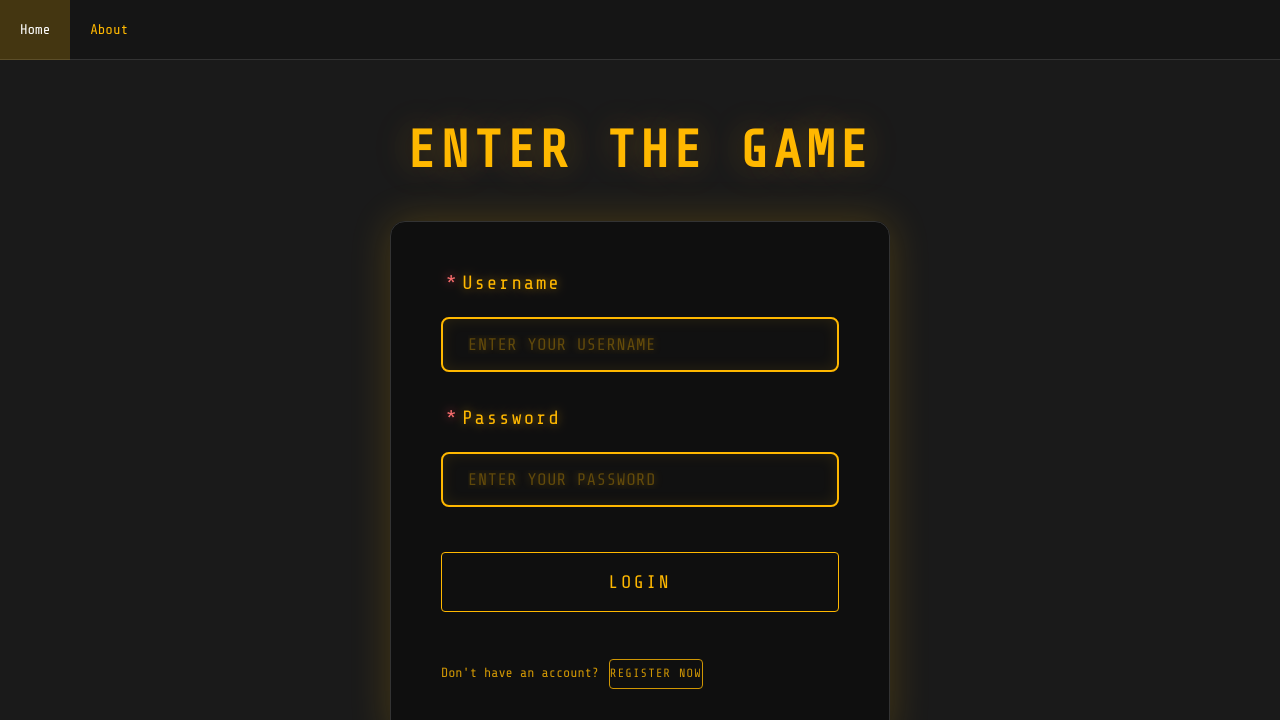
Repository: qqqq121114/se_417
Page: /login (app in client/)
An editor plug-in stored every save of this project. The page is shown before and after the next save, followed by the edit.
The browser window is 1280 px wide. The pictures show the whole page.
An inner scrolling area shows only its first screen. The project was rebuilt for these pictures with package versions that can differ from the ones it lists, and the page was loaded fresh each time. Also part of the build but not shown: client/vite.config.js, client/src/views/Home.vue.

Above is the page before, as saved 2024-12-08 14:17:27.

### client/src/main.js
import { createApp } from 'vue'
import { createPinia } from 'pinia'
import ElementPlus from 'element-plus'
import 'element-plus/dist/index.css'
import App from './App.vue'
import router from './router'

const app = createApp(App)

app.use(createPinia())
app.use(router)
app.use(ElementPlus)

app.mount('#app')

### client/src/App.vue
<template>
  <div id="app" class="cyber-theme">
    <el-container>
      <el-header>
        <el-menu mode="horizontal" router class="cyber-menu">
          <el-menu-item index="/">Home</el-menu-item>
          <el-menu-item index="/about">About</el-menu-item>
        </el-menu>
      </el-header>
      <el-main>
        <router-view></router-view>
      </el-main>
    </el-container>
  </div>
</template>

<script setup>
import { ElContainer, ElHeader, ElMain, ElMenu, ElMenuItem } from 'element-plus'
import 'element-plus/dist/index.css'
</script>

<style>
@import url('https://fonts.googleapis.com/css2?family=Share+Tech+Mono&display=swap');

/* 重置默认样式 */
* {
  margin: 0;
  padding: 0;
  box-sizing: border-box;
}

html, body {
  margin: 0;
  padding: 0;
  width: 100%;
  height: 100%;
  overflow-x: hidden;
  background-color: var(--cyber-bg);
}

:root {
  --cyber-bg: #1a1a1a;
  --cyber-text: #FFB800;
  --cyber-glow: #FFB80033;
  --cyber-border: #333333;
}

#app {
  font-family: 'Share Tech Mono', monospace;
  -webkit-font-smoothing: antialiased;
  -moz-osx-font-smoothing: grayscale;
  color: var(--cyber-text);
  background-color: var(--cyber-bg);
  min-height: 100vh;
  width: 100%;
  margin: 0;
  padding: 0;
}

.cyber-theme {
  background: var(--cyber-bg);
  min-height: 100vh;
  width: 100%;
}

.el-container {
  min-height: 100vh;
  margin: 0;
  padding: 0;
}

.el-header {
  padding: 0;
  background: rgba(0, 0, 0, 0.2);
  border-bottom: 1px solid var(--cyber-border);
  margin: 0;
}

.el-main {
  padding: 20px;
  background: var(--cyber-bg);
  margin: 0;
}

.cyber-menu {
  background: transparent !important;
  border: none !important;
  margin: 0;
  padding: 0;
}

.el-menu--horizontal > .el-menu-item {
  color: var(--cyber-text) !important;
  font-family: 'Share Tech Mono', monospace !important;
  border: none !important;
}

.el-menu--horizontal > .el-menu-item:hover,
.el-menu--horizontal > .el-menu-item:focus,
.el-menu--horizontal > .el-menu-item.is-active {
  color: #fff !important;
  background: var(--cyber-glow) !important;
  border: none !important;
}

/* 全局按钮样式 */
.el-button {
  background: transparent !important;
  border: 1px solid var(--cyber-text) !important;
  color: var(--cyber-text) !important;
  font-family: 'Share Tech Mono', monospace !important;
  transition: all 0.3s ease;
}

.el-button:hover {
  background: var(--cyber-glow) !important;
  color: #fff !important;
  box-shadow: 0 0 10px var(--cyber-glow);
}

/* 卡片样式 */
.el-card {
  background: rgba(0, 0, 0, 0.2) !important;
  border: 1px solid var(--cyber-border) !important;
  backdrop-filter: blur(5px);
}

.el-card__header {
  border-bottom: 1px solid var(--cyber-border) !important;
}
</style>

### client/src/router/index.js
import { createRouter, createWebHistory } from 'vue-router'
import Home from '../views/Home.vue'

const routes = [
  {
    path: '/',
    name: 'Home',
    component: Home,
    meta: { requiresAuth: true }
  },
  {
    path: '/about',
    name: 'About',
    component: () => import('../views/About.vue')
  },
  {
    path: '/register',
    name: 'Register',
    component: () => import('../views/Register.vue')
  },
  {
    path: '/login',
    name: 'Login',
    component: () => import('../views/Login.vue'),
    props: route => ({ key: Date.now() })
  }
]

const router = createRouter({
  history: createWebHistory(),
  routes
})

router.beforeEach((to, from, next) => {
  if (to.meta.requiresAuth) {
    const isAuthenticated = localStorage.getItem('token')
    if (!isAuthenticated) {
      next('/login')
    } else {
      next()
    }
  } else {
    next()
  }
})

export default router

### client/src/views/Login.vue
<template>
  <div class="login">
    <h1 class="cyber-title">Enter The Game</h1>
    <div class="login-form">
      <el-form
        :model="form"
        :rules="rules"
        ref="formRef"
        label-position="top"
        status-icon
      >
        <el-form-item prop="username" label="Username">
          <el-input
            v-model="form.username"
            placeholder="Enter your username"
            class="cyber-input"
          ></el-input>
        </el-form-item>
        <el-form-item prop="password" label="Password" class="password-item">
          <el-input
            v-model="form.password"
            type="password"
            placeholder="Enter your password"
            show-password
            class="cyber-input"
          ></el-input>
        </el-form-item>
        <el-form-item class="button-item">
          <el-button class="cyber-button" type="primary" @click="submitForm">Login</el-button>
          <div class="form-footer">
            <span>Don't have an account?</span>
            <el-button
              class="register-link"
              type="text"
              @click="$router.push('/register')"
            >
              Register Now
            </el-button>
          </div>
        </el-form-item>
      </el-form>
    </div>
  </div>
</template>

<script setup>
import { ref, reactive } from 'vue'
import { ElMessage } from 'element-plus'
import axios from 'axios'
import { useRouter } from 'vue-router'

const router = useRouter()
const formRef = ref(null)

// 表单数据
const form = reactive({
  username: '',
  password: ''
})

// 验证规则
const rules = {
  username: [
    { required: true, message: 'Please enter your username', trigger: 'blur' },
    { min: 3, max: 20, message: 'Length should be 3 to 20 characters', trigger: 'blur' }
  ],
  password: [
    { required: true, message: 'Please enter your password', trigger: 'blur' },
    { min: 6, message: 'Password must be at least 6 characters', trigger: 'blur' }
  ]
}

// 提交表单
const submitForm = async () => {
  if (!formRef.value) return

  try {
    console.log('Starting form validation...')
    await formRef.value.validate()
    console.log('Form validation passed')

    // 发送登录请求
    console.log('Sending login request...')
    const response = await axios.post('http://localhost:3000/api/users/login', {
      username: form.username,
      password: form.password
    })

    console.log('Login successful:', response.data)
    ElMessage.success('Login successful!')

    // 登录成功后跳转到首页
    setTimeout(() => {
      router.push('/')
    }, 1500)
  } catch (error) {
    console.error('Full error object:', error)

    if (error.response) {
      // 服务器返回的错误信息
      console.error('Server error:', error.response.data)
      ElMessage.error(error.response.data.message || 'Login failed')
    } else if (error.message) {
      // 表单验证错误
      console.error('Validation error:', error.message)
      ElMessage.error(error.message)
    } else {
      console.error('Unknown error:', error)
      ElMessage.error('Login failed')
    }
  }
}
</script>

<style scoped>
.login {
  display: flex;
  flex-direction: column;
  align-items: center;
  padding: 40px 20px;
  min-height: calc(100vh - 60px);
}

.cyber-title {
  font-size: 4vw;
  width: 60vw;
  color: var(--cyber-text);
  text-transform: uppercase;
  letter-spacing: 0.1em;
  margin-bottom: 40px;
  text-shadow: 0 0 20px var(--cyber-glow);
  animation: breathe 3s ease-in-out infinite;
  user-select: none;
  text-align: center;
  line-height: 1.2;
  white-space: normal;
  word-wrap: break-word;
  padding: 0 20px;
}

.login-form {
  width: 100%;
  max-width: 500px;
  background: rgba(0, 0, 0, 0.4);
  padding: 50px;
  border-radius: 15px;
  border: 1px solid var(--cyber-border);
  box-shadow: 0 0 30px rgba(255, 184, 0, 0.15);
  backdrop-filter: blur(10px);
  animation: formGlow 4s ease-in-out infinite;
}

.el-form-item {
  margin-bottom: 35px;
}

.password-item {
  margin-bottom: 45px;
}

:deep(.el-form-item__label) {
  color: #ffb800 !important;
  font-family: 'Share Tech Mono', monospace;
  font-size: 1.2em;
  padding-bottom: 15px;
  text-shadow: 0 0 10px rgba(255, 184, 0, 0.5);
  text-transform: capitalize;
  letter-spacing: 0.1em;
  margin-left: 5px;
}

:deep(.el-form-item__label::before) {
  content: '*';
  color: #ff4757;
  margin-right: 4px;
  text-shadow: 0 0 10px rgba(255, 71, 87, 0.6);
}

:deep(.el-input__wrapper) {
  background: transparent !important;
  box-shadow: none !important;
  padding: 0 !important;
  border: none !important;
}

:deep(.el-input__inner) {
  background: rgba(18, 18, 18, 0.95) !important;
  border: 2px solid var(--cyber-text) !important;
  color: #ffb800 !important;
  font-family: 'Share Tech Mono', monospace;
  height: 55px;
  padding: 0 25px !important;
  font-size: 1.2em;
  letter-spacing: 0.05em;
  transition: all 0.3s ease;
  border-radius: 8px;
  caret-color: #ffb800;
  text-shadow: 0 0 10px rgba(255, 184, 0, 0.3);
  box-shadow: inset 0 0 15px rgba(255, 184, 0, 0.1);
}

:deep(.el-input__inner::placeholder) {
  color: rgba(255, 184, 0, 0.3) !important;
  font-family: 'Share Tech Mono', monospace;
  letter-spacing: 0.05em;
  text-transform: uppercase;
}

:deep(.el-input__inner:hover) {
  border-color: #ffb800 !important;
  box-shadow: inset 0 0 20px rgba(255, 184, 0, 0.2),
              0 0 15px rgba(255, 184, 0, 0.3) !important;
  background: rgba(28, 28, 28, 0.95) !important;
}

:deep(.el-input__inner:focus) {
  border-color: #ffb800 !important;
  box-shadow: inset 0 0 25px rgba(255, 184, 0, 0.3),
              0 0 25px rgba(255, 184, 0, 0.4) !important;
  background: rgba(22, 22, 22, 0.95) !important;
  animation: inputPulse 1.5s infinite;
}

@keyframes inputPulse {
  0% {
    box-shadow: inset 0 0 25px rgba(255, 184, 0, 0.2),
                0 0 25px rgba(255, 184, 0, 0.3);
  }
  50% {
    box-shadow: inset 0 0 35px rgba(255, 184, 0, 0.3),
                0 0 35px rgba(255, 184, 0, 0.4);
  }
  100% {
    box-shadow: inset 0 0 25px rgba(255, 184, 0, 0.2),
                0 0 25px rgba(255, 184, 0, 0.3);
  }
}

:deep(.el-input__suffix) {
  right: 15px !important;
}

:deep(.el-input__suffix-inner) {
  color: var(--cyber-text) !important;
  opacity: 0.8;
  transition: all 0.3s ease;
}

:deep(.el-input__suffix-inner:hover) {
  opacity: 1;
  text-shadow: 0 0 10px var(--cyber-glow);
}

:deep(.el-input.is-focus .el-input__wrapper) {
  box-shadow: none !important;
}

:deep(.el-form-item.is-error .el-input__inner) {
  border-color: #ff4757 !important;
  box-shadow: 0 0 15px rgba(255, 71, 87, 0.4) !important;
  animation: errorPulse 1.5s infinite;
}

@keyframes errorPulse {
  0% {
    box-shadow: 0 0 15px rgba(255, 71, 87, 0.4);
  }
  50% {
    box-shadow: 0 0 25px rgba(255, 71, 87, 0.6);
  }
  100% {
    box-shadow: 0 0 15px rgba(255, 71, 87, 0.4);
  }
}

.button-item {
  margin-top: 20px;
  margin-bottom: 0;
}

.cyber-button {
  width: 100%;
  height: 60px;
  font-size: 1.3em;
  letter-spacing: 0.15em;
  margin-bottom: 25px;
  background: transparent !important;
  border: 1px solid var(--cyber-text) !important;
  color: var(--cyber-text) !important;
  font-family: 'Share Tech Mono', monospace;
  transition: all 0.3s ease;
  text-transform: uppercase;
  border-radius: 4px;
  position: relative;
  overflow: hidden;
}

.cyber-button:hover {
  background: var(--cyber-text) !important;
  color: #1a1a1a !important;
  box-shadow: 0 0 30px var(--cyber-glow);
  transform: translateY(-2px);
}

.cyber-button::after {
  content: '';
  position: absolute;
  top: -50%;
  left: -50%;
  width: 200%;
  height: 200%;
  background: linear-gradient(
    to bottom right,
    rgba(255, 184, 0, 0.1),
    transparent,
    transparent
  );
  transform: rotate(45deg);
  animation: shine 3s infinite;
}

@keyframes shine {
  0% {
    transform: translateX(-100%) rotate(45deg);
  }
  100% {
    transform: translateX(100%) rotate(45deg);
  }
}

.form-footer {
  margin-top: 20px;
  text-align: center;
  color: var(--cyber-text);
  font-family: 'Share Tech Mono', monospace;
  font-size: 0.95em;
  opacity: 0.8;
}

.register-link {
  color: var(--cyber-text) !important;
  margin-left: 10px;
  font-family: 'Share Tech Mono', monospace;
  text-transform: uppercase;
  letter-spacing: 0.1em;
  font-size: 0.9em !important;
  padding: 1 !important;
  height: auto !important;
}

.register-link:hover {
  text-shadow: 0 0 10px var(--cyber-glow);
  opacity: 1;
}

:deep(.el-form-item__error) {
  color: #ff4757 !important;
  font-family: 'Share Tech Mono', monospace;
  font-size: 0.9em;
  margin-top: 8px;
  text-shadow: 0 0 8px rgba(255, 71, 87, 0.4);
}

@keyframes breathe {
  0% {
    text-shadow: 0 0 20px var(--cyber-glow);
    transform: scale(1);
  }
  50% {
    text-shadow: 0 0 40px var(--cyber-glow), 0 0 60px var(--cyber-glow);
    transform: scale(1.02);
  }
  100% {
    text-shadow: 0 0 20px var(--cyber-glow);
    transform: scale(1);
  }
}

@keyframes formGlow {
  0% {
    box-shadow: 0 0 30px rgba(255, 184, 0, 0.15);
  }
  50% {
    box-shadow: 0 0 50px rgba(255, 184, 0, 0.25);
  }
  100% {
    box-shadow: 0 0 30px rgba(255, 184, 0, 0.15);
  }
}

/* 响应式设计 */
@media (max-width: 768px) {
  .cyber-title {
    font-size: 8vw;
    width: 90vw;
  }

  .login-form {
    padding: 30px;
    margin: 0 15px;
  }

  .label-text {
    font-size: 1em;
  }

  :deep(.el-input__inner) {
    height: 50px;
    font-size: 1.1em;
  }

  .cyber-button {
    height: 55px;
  }

  .form-footer {
    font-size: 0.75em;
  }

  .register-link {
    font-size: 0.75em !important;
  }
}
</style>

Loaded but not shown: client/index.html (common file)

After the next save:
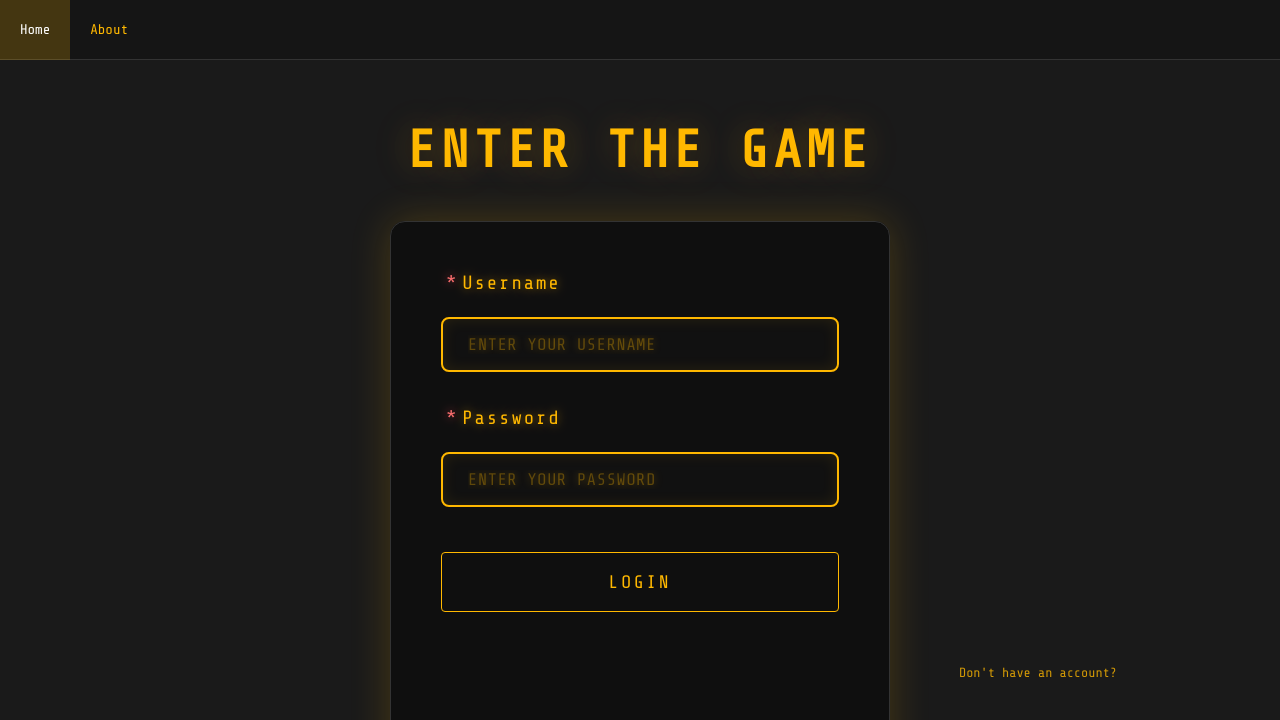
Saved 12 s later.
--- a/client/src/views/Login.vue
+++ b/client/src/views/Login.vue
@@ -339,7 +339,7 @@ const submitForm = async () => {
 
 .register-link {
   color: var(--cyber-text) !important;
-  margin-left: 10px;
+  margin-left: 1100px;
   font-family: 'Share Tech Mono', monospace;
   text-transform: uppercase;
   letter-spacing: 0.1em;
